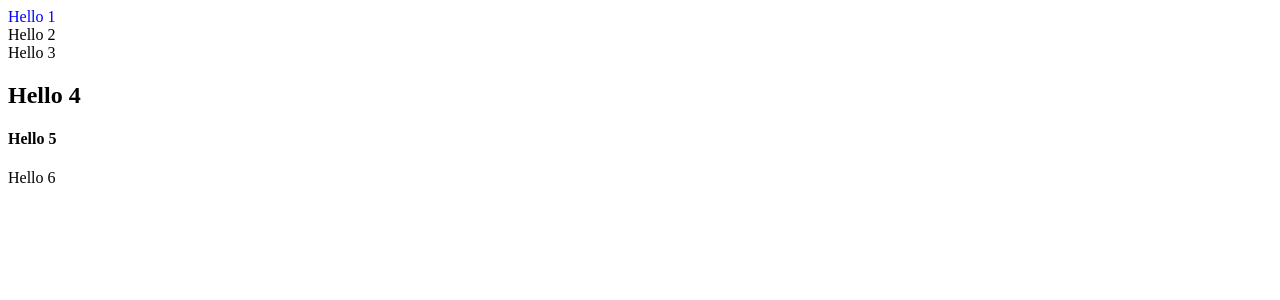
Repository: iyhong/spring_openAPI_lecture
Page: jquerytest/WebContent/jquery1.html
An editor plug-in stored every save of this project. The page is shown before and after the next save, followed by the edit.
The browser window is 1280 px wide. The pictures show the whole page.

Above is the page before, as saved 2021-06-02 02:04:31.

After the next save:
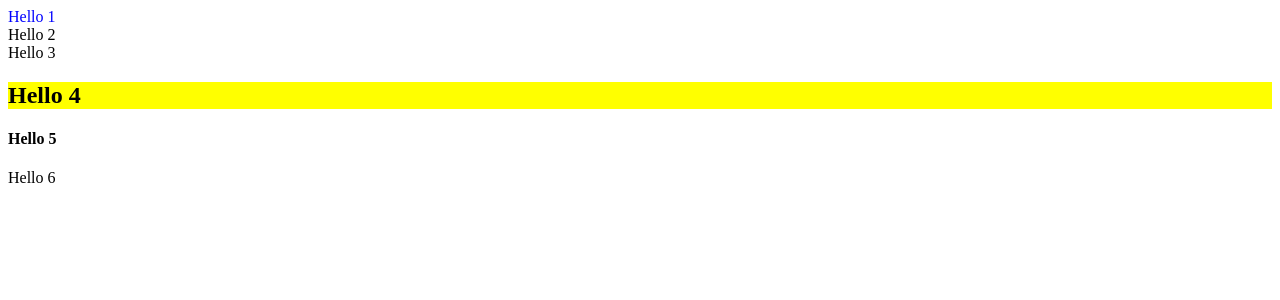
Saved 14 s later.
--- a/jquerytest/WebContent/jquery1.html
+++ b/jquerytest/WebContent/jquery1.html
@@ -7,7 +7,7 @@
 <script type="text/javascript">
 $(function() {
 	$("#a").css("color","blue")
-	$("h2").css("backgound-color", "yellow")
+	$("h2").css("background-color", "yellow")
 
 })
 </script>
